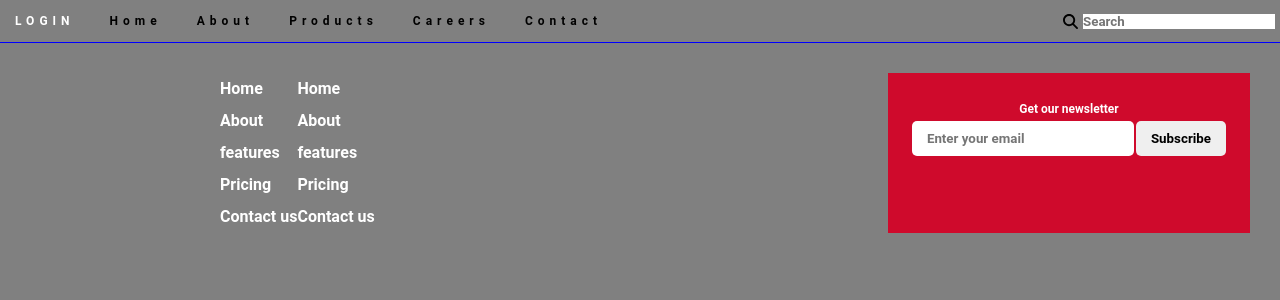
Repository: 365dayschallenge/interface_uniliver
Page: product.html
The author's editor kept a copy of each file at every save. The page is drawn from the files as they stood at one save, then again after the next save.
The browser window is 1280 px wide. The pictures show the whole page.

Above is the page before, as saved 2022-12-18 19:21:32.

### product.html
<!DOCTYPE html>
<html lang="en">
<head>
    <meta charset="UTF-8">
    <meta http-equiv="X-UA-Compatible" content="IE=edge">
    <meta name="viewport" content="width=device-width, initial-scale=1.0">
    <title>Product</title>
    <link rel="stylesheet" href="./styles.css">
    <link rel="stylesheet" href="./css/product.css">
</head>
<body>
       <nav class="navbar">
      <ul class="nav-list">
        <li><a class="nav-links" href="./login.html">LOGIN</a></li>
        <li><a class="nav-links" href="./index.html">Home</a></li>
        <li><a class="nav-links" href="./about.html">About</a></li>
        <li><a class="nav-links" href="./product.html">Products</a></li>
        <li><a class="nav-links" href="./careers.html">Careers</a></li>
        <li><a class="nav-links" href="./contact.html">Contact</a></li>
      </ul>
      <div class="nav-search">
        <svg
          height="15"
          xmlns="http://www.w3.org/2000/svg"
          viewBox="0 0 512 512"
        >
          <!--! Font Awesome Pro 6.2.1 by @fontawesome - https://fontawesome.com License - https://fontawesome.com/license (Commercial License) Copyright 2022 Fonticons, Inc. -->
          <path
            d="M416 208c0 45.9-14.9 88.3-40 122.7L502.6 457.4c12.5 12.5 12.5 32.8 0 45.3s-32.8 12.5-45.3 0L330.7 376c-34.4 25.2-76.8 40-122.7 40C93.1 416 0 322.9 0 208S93.1 0 208 0S416 93.1 416 208zM208 352c79.5 0 144-64.5 144-144s-64.5-144-144-144S64 128.5 64 208s64.5 144 144 144z"
          />
        </svg>
        <input class="search" type="text" placeholder="Search" />
      </div>
    </nav>

       <footer>
      <div class="footer-links">
        <btn class="btn" src="" alt=""> </btn>
        <ul>
          <li class="footer-menu"><a href="" class="footer-a">Home</a></li>
          <li class="footer-menu"><a href="" class="footer-a">About</a></li>
          <li class="footer-menu"><a href="" class="footer-a">features</a></li>
          <li class="footer-menu"><a href="" class="footer-a">Pricing</a></li>
          <li class="footer-menu">
            <a href="" class="footer-a">Contact us</a>
          </li>
        </ul>
        <ul>
          <li class="footer-menu"><a href="" class="footer-a">Home</a></li>
          <li class="footer-menu"><a href="" class="footer-a">About</a></li>
          <li class="footer-menu"><a href="" class="footer-a">features</a></li>
          <li class="footer-menu"><a href="" class="footer-a">Pricing</a></li>
          <li class="footer-menu">
            <a href="" class="footer-a">Contact us</a>
          </li>
        </ul>
      </div>
      <div class="newsletter">
        <p class="footer-text">Get our newsletter</p>

        <form action="">
          <input
            class="footer-form"
            type="email"
            placeholder="Enter your email"
          />
          <input
            class="footer-form footer-btn"
            type="submit"
            value="Subscribe"
          />
        </form>

        <div class="icons">
          <i class="fa-brands fa-solid fa-facebook"></i>
          <i class="fa-brands fa-solid fa-instagram"></i>
          <i class="fa-brands fa-solid fa-snapchat"></i>
          <i class="fa-brands fa-solid fa-twitter"></i>
          <i class="fa-brands fa-solid fa-youtube"></i>
        </div>
      </div>
    </footer>
</body>
</html>

### styles.css
* {
  font-family: "Roboto", sans-serif;
  font-weight: 600;
}
.navbar {
  border: 0;
  border-radius: 0;
  justify-content: space-between;
  align-items: center;
  margin-bottom: 0;
  border-bottom: 1px solid blue;
  display: flex;
}
.nav-list {
  display: flex;
  list-style: none;
  margin: 0;
  flex-wrap: wrap;
  padding: 0;
}
.nav-links {
  font-size: 12px;
  padding: 15px;
  letter-spacing: 5px;
  margin-right: 5px;
  font-size: 12px;
  letter-spacing: 5px;

  display: flex;
}
ul {
  list-style: none;
  margin: 0;
  flex-wrap: wrap;
}
a {
  text-decoration: none;
  color: #000;
}

.nav-search {
  display: flex;
  align-items: center;
  justify-content: center;
  margin-right: 5px;
}
.nav-links:hover {
  background-color: gray;
  color: white;
}
.search {
  outline: none;
  border: none;
  margin-left: 5px;
}
.search:focus {
  border: 1px solid blue;
}

.banner {
  background: rgb(163, 163, 223);
  background: linear-gradient(
    90deg,
    rgba(163, 163, 223, 1) 26%,
    rgba(0, 212, 255, 1) 29%,
    rgba(144, 138, 255, 1) 77%
  );
  color: #fff;
  display: flex;
}
.banner-details {
  display: flex;
  justify-content: center;
  align-items: center;
  padding-right: 50px;
  text-align: justify;
  margin: 0 auto;
}
.banner-text {
  font-size: 20px;
  font-weight: 600;
  letter-spacing: 2px;
  margin: 0;
  padding-left: 10%;
}

.cards {
  margin-top: 10px;
  display: flex;
  width: 100%;
  flex-wrap: wrap;
}
.data-card {
  display: flex;
  flex-direction: column;
  width: 17%;
  color: #cf005c;
  overflow: hidden;
  border-radius: 0.5em;
  text-decoration: none;
  background: white;
  margin: 1em;
  padding: 2.75em 2.5em;
  text-align: right;
  align-items: right;
  box-shadow: 0 1.5em 2.5em -0.5em rgba(#000000, 0.1);
}
.card-icon {
  display: flex;
  flex-direction: col-reverse;
}

.number {
  font-size: 3.5em;
  font-weight: 600;
  text-align: center;
}
.subheading {
  font-size: 1.5em;
  font-weight: 600;
  text-align: center;
  margin-top: -2.5em;
}
.description {
  font-size: 0.8em;
  font-weight: 600;
  margin-top: -1em;
  text-align: center;
}
.specific-card {
  background-color: #cf005c;
  margin: 0.5px;
  color: #fefefe;
  justify-content: center;
  align-items: center;
  padding: 0 1.5rem;
  width: 20%;
}
.specific-card:hover {
  background-color: #f6a6ca;
}

.grid-box {
  display: grid;
  grid-template-columns: auto auto auto;
  padding: 10px;
}
.box-heading {
  font-size: 2.4em;
  font-weight: 600;
  margin: 0;
  color: blue;
  padding-left: 10%;
}

.box-description {
  font-size: 0.9em;
  margin: 0;
  padding-left: 10%;
}
.grid-specific-boxes {
  display: flex;
  flex-direction: column;
  padding: 10px 10px;
  margin: 10px;
}
.grid-specific-boxes:hover {
  background-color: blue;
color: white;
}
.grid-specific-boxes:hover > .box-heading, .box-links{
  color:white;
}
footer {
  display: flex;
  justify-content: space-between;
  margin-bottom: 0;
  background-color: gray;
  padding: 30px;
}
.footer-links {
  display: flex;
  justify-content: space-between;
  align-items: center;
  margin-bottom: 0;
  padding: 0 10%;
}
.btn {
  border: none;
  color: white;
  padding: 15px 32px;
  text-align: center;
  text-decoration: none;
  display: inline-block;
  font-size: 16px;
  margin: 4px 2px;
  cursor: pointer;
}
.footer-a {
  line-height: 2;
  color: white;
}
.footer-text {
  color: white;
  font-size: 12px;
  line-height: 2;
}

.footer-form {
  padding: 10px 15px;
  border-radius: 5px;
  border: 0;
  mergin: 45px;
}
.icons {
  display: flex;
  justify-content: space-between;
  width: 45%;
  margin-top: 10px;
  color: white;
}
.link {
  color: purple;
  padding: 10px 10px;
  margin-left: 30px;
}



.navbar {
    border: 0;
    border-radius: 0;
    justify-content: space-between;
    align-items: center;
    margin-bottom: 0;
    border-bottom: 1px solid blue;
    display: flex;
  }
  .nav-list {
    display: flex;
    list-style: none;
    margin: 0;
    flex-wrap: wrap;
    padding: 0;
  }
  .nav-links {
    font-size: 12px;
    padding: 15px;
    letter-spacing: 5px;
    margin-right: 5px;
    font-size: 12px;
    letter-spacing: 5px;
    text-decoration: none;
    color: #000;
    display: flex;
  }
  a:hover {
    background-color: gray;
    color: white;
  }
  .nav-search {
    display: flex;
    align-items: center;
    justify-content: center;
    margin-right: 5px;
  }
  .nav-links:hover {
    background-color: gray;
    color: white;
  }
  .search {
    outline: none;
    border: none;
    margin-left: 5px;
  }
  .search:focus {
    border: 1px solid blue;
  }

  .container{
    display: flex;
    flex-wrap: wrap;
    justify-content: space-between;
    align-items: center;
    margin: 0 auto;
    width: 100%;
    max-width: 1200px;
  }


  .hero-section{
    display: flex;
    flex-wrap: wrap;
    align-items: center;
    margin: 0 auto;
    margin-top: 10vh;
    color: white;
    width: 100%;
    max-width: 1200px;
  }
  .hero-section img{
    z-index: -1;
  }

  .blue-box{
    background-color: rgb(32, 54, 198);
    margin-right: -5vw;
    z-index: 1;
    padding: 20px;
  }
  .blue-box h1{
    text-decoration: underline;
    font-size: 2.5rem;
    font-weight: 700;
  }

.main-section{
    display: flex;
    flex-direction: row;
}

.main-section-header{
    color: #2036c7;
}
.brands{
    width: 20vw;
    margin: 15px;

}


.brands h4{
    color: #2036c7;
    font-size: 1.2rem;
}
.brands img{
    max-width: 100%;
}

### css/product.css
/* Variables */
:root {
  --body-font: "Manrope", Arial, Helvetica Neue, Helvetica, sans-serif;
  --normal-font: 8px;
  --primary-color: white;
  --hover: #0b195b;
}

/* Global Styles */
*, *::before, *::after {
  margin: 0;
  padding: 0;
  box-sizing: border-box;
}
html {
  scroll-behavior: smooth;
  font-size: var(--normal-font);
}

body {
  font-family: var(--body-font);
  font-weight: 400;
  background-color: gray;
  line-height: 1;
}

h1 {
  font-size: 5.5rem;
  font-weight: 400;
  padding-bottom: 10px;
}

@media only screen and (max-width: 800px) {
  h1 {
    font-size: 3.5rem;
  }
}

h2 {
  font-size: 3rem;
  font-weight: 400;
}

@media only screen and (max-width: 1000px) {
  h2 {
    font-size: 2.5rem;
  }
}
h3 {
  font-size: 12px;
  padding-top: 6px;
}

a {
  text-decoration: none;
  font-size: 2rem;
}

p {
  font-size: 2rem;
}

ul {
  list-style: none;
}

img {
  max-width: 100%;
  height: auto;
  display: block;
  text-align: center;
}
#phone-image {
  max-width: 75%;
  text-align: center;
  margin-left: 50px;
  height: auto;
  display: block;
}
#img-caption {
    margin-top:40px;
  font-size: 12px;
  text-align: center;
}

/* Main Styles */
#header {
  background-color: white;
  position: fixed;
  width: 100%;
  top: 0;
  left: 0;
  z-index: 100;
  padding: 1rem 3rem;
  box-shadow: 0 0 10px 2px rgba(0, 0, 0, 0.3);
}

.logo-container {
  width: 120px;
  height: 100%;
}

.nav-link {
  margin: 0 2rem;
  color: var(--primary-color);
  transition: color .3s ease;
  display: inline-block;
}

.nav-link::after {
  content: '';
  height: 1px;
  background-color: var(--primary-color);
  width: 0;
  display: block;
  transition: width .2s ease
}

.nav-link:hover:after {
  width: 100%;
}

.nav-container {
  align-items: center;
  justify-content: space-between;
}

.product-presentation {
    display:flex;
  padding-top: 20vh;
  align-items: center;
}

@media only screen and (max-width: 1000px) {
  .product-presentation {
    padding-left: 3rem;
  }
}

.buy {
  color: var(--primary-color);
  padding: 0.5rem 2rem;
  border: 1px solid var(--primary-color);
  display: inline-block;
  margin-top: 2rem;
  transition: .2s ease;
}

.buy:hover {
  color: black;
  background-color: var(--primary-color);
}

.specs {
  padding: 3rem;
  margin-top: 3rem;
  color: white;
  background-color: var(--primary-color);
}

.specs-item {
  padding-top: 2.5rem;
}

.video {
  align-items: center;
  justify-content: center;
  padding: 3rem;
}

@media only screen and (max-width: 1000px) {
  .specs {
    padding-left: 3rem;
  }
}

.newsletter {
  color: #ffffff;
  text-align: center;
  padding: 3rem;
  background-color: #CF0A2C;
}

#form {
  flex-direction: column;
  align-items: center;
  margin-top: 1rem;
}

#form #submit {
  color: #ffffff;
  margin-top: 2rem;
  border: 1px solid #000000;
  background-color: transparent;
  font-size: 1.5rem;
  font-family: inherit;
  font-weight: 400;
  cursor: pointer;
  padding: 0.5rem 2rem;
  text-transform: uppercase;
  transition: .3s ease;
}

#form #submit:hover {
  color: white;
  background-color: var(--primary-color);
}

#form input {
  font-family: inherit;
  max-width: 70%;
  padding: 0.5rem 2rem;
}

/* Utilities */

.flex {
  display: flex;
  flex-direction: row;
}

.container {
  max-width: 1000px;
  margin: 0 auto;
}

.grid {
  display: flex;
  /* grid-template-columns: 1fr 1fr; */
}
#footer{
  color: black;
   text-align: center;
  height: 30px;
  margin-top: 5px;
  margin-bottom: 5px;
    width: auto;
    text-transform: uppercase;
    font-size: 12px;
    display: flex;
  justify-content: center;
}

After the next save:
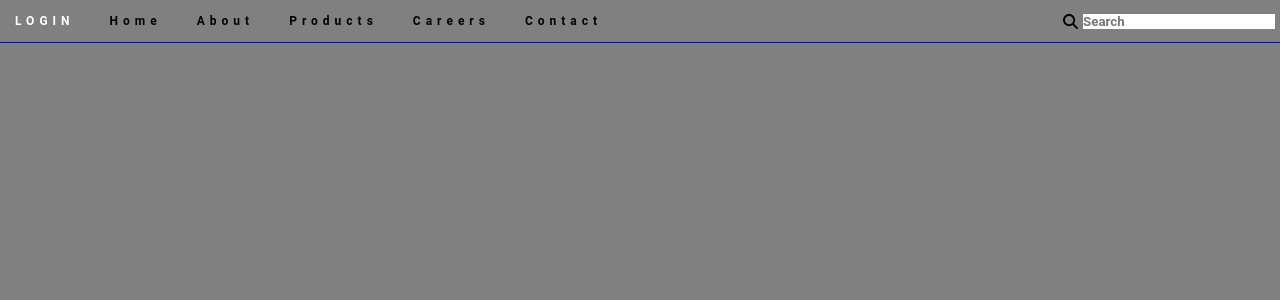
Saved 25 s later.
--- a/product.html
+++ b/product.html
@@ -33,52 +33,6 @@
       </div>
     </nav>
 
-       <footer>
-      <div class="footer-links">
-        <btn class="btn" src="" alt=""> </btn>
-        <ul>
-          <li class="footer-menu"><a href="" class="footer-a">Home</a></li>
-          <li class="footer-menu"><a href="" class="footer-a">About</a></li>
-          <li class="footer-menu"><a href="" class="footer-a">features</a></li>
-          <li class="footer-menu"><a href="" class="footer-a">Pricing</a></li>
-          <li class="footer-menu">
-            <a href="" class="footer-a">Contact us</a>
-          </li>
-        </ul>
-        <ul>
-          <li class="footer-menu"><a href="" class="footer-a">Home</a></li>
-          <li class="footer-menu"><a href="" class="footer-a">About</a></li>
-          <li class="footer-menu"><a href="" class="footer-a">features</a></li>
-          <li class="footer-menu"><a href="" class="footer-a">Pricing</a></li>
-          <li class="footer-menu">
-            <a href="" class="footer-a">Contact us</a>
-          </li>
-        </ul>
-      </div>
-      <div class="newsletter">
-        <p class="footer-text">Get our newsletter</p>
 
-        <form action="">
-          <input
-            class="footer-form"
-            type="email"
-            placeholder="Enter your email"
-          />
-          <input
-            class="footer-form footer-btn"
-            type="submit"
-            value="Subscribe"
-          />
-        </form>
-
-        <div class="icons">
-          <i class="fa-brands fa-solid fa-facebook"></i>
-          <i class="fa-brands fa-solid fa-instagram"></i>
-          <i class="fa-brands fa-solid fa-snapchat"></i>
-          <i class="fa-brands fa-solid fa-twitter"></i>
-          <i class="fa-brands fa-solid fa-youtube"></i>
-        </div>
-      </div>
-    </footer>
 </body>
 </html>
